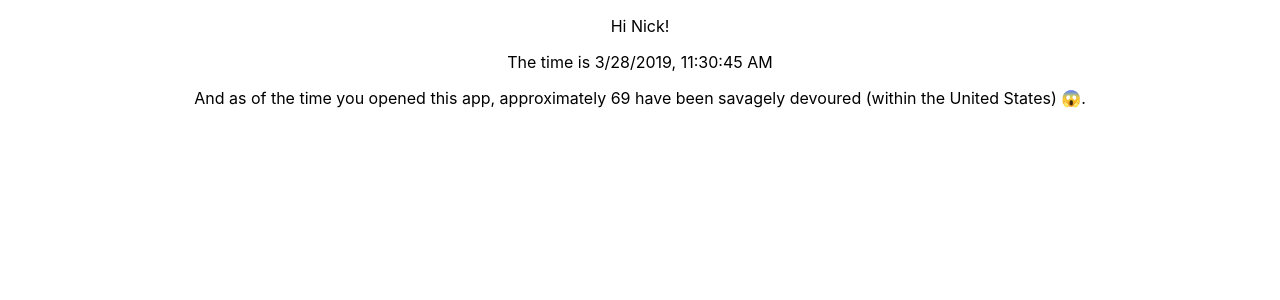
Repository: crispinonicky/gummy-facts
Page: /
These files come from the project's save history. The page is drawn as it stood at one moment and after the next save; the edit follows.
The browser window is 1280 px wide. The pictures show the whole page.
The project was rebuilt for these pictures with package versions that can differ from the ones it lists, and the page was loaded fresh each time.

Above is the page before, as saved 2019-03-28 13:09:08.

After the next save:
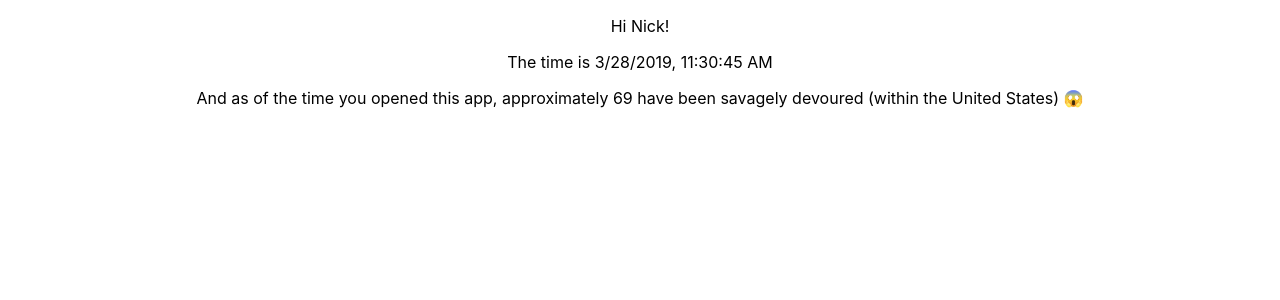
Saved 4 s later.
--- a/src/components/Gummies.js
+++ b/src/components/Gummies.js
@@ -35,7 +35,7 @@ class Gummies extends React.Component {
       <div>
       <p>
         And as of the time you opened this app, approximately {gummies} have
-        been savagely devoured (within the United States) 😱.
+        been savagely devoured (within the United States) 😱
       </p>
       </div>
     );
